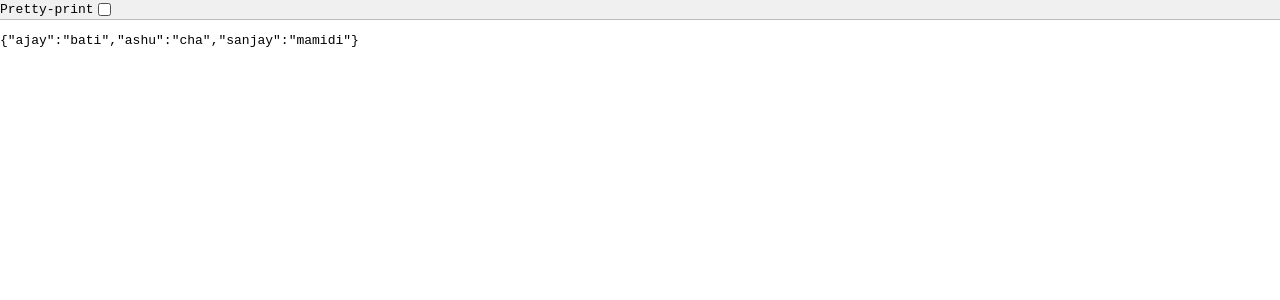
Repository: sanjayMamidipaka/hackgt9flask
Page: http://localhost/
The author's editor kept a copy of each file at every save. The page is drawn from the files as they stood at one save, then again after the next save.
The browser window is 1280 px wide. The pictures show the whole page.
The page is served by the project's application, run on Flask 3 (app.py).

Above is the page before, as saved 2022-10-21 23:10:55.

After the next save:
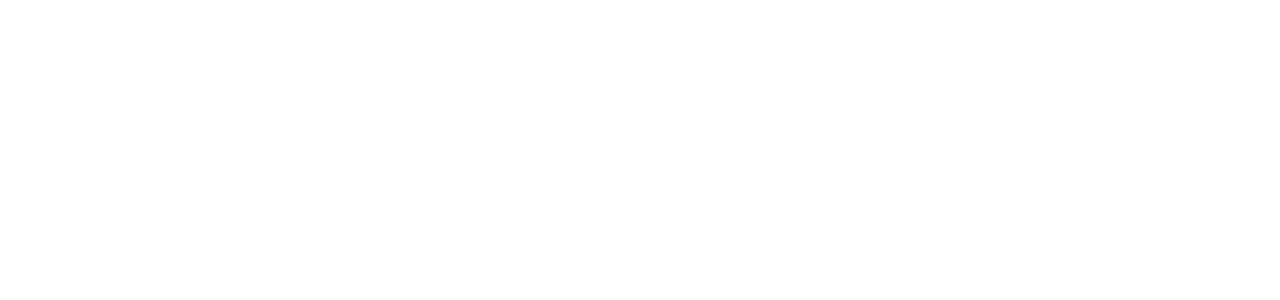
Saved 11 s later.
--- a/app.py
+++ b/app.py
@@ -6,7 +6,9 @@
 @app.route('/')
 def index():
     obj = {'ashu': 'cha', 'sanjay': 'mamidi', 'ajay':'bati'}
-    return obj
+    return make_response(
+
+    )
 
 
 if __name__ == '__main__':

After the 2 saves that followed:
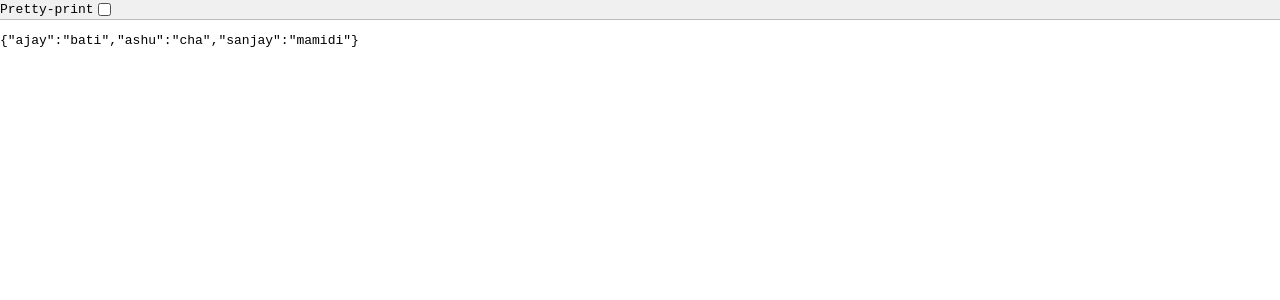
The 2 saves are shown as one change because they came seconds apart.
The last was saved 11 s later.
--- a/app.py
+++ b/app.py
@@ -7,6 +7,8 @@
 def index():
     obj = {'ashu': 'cha', 'sanjay': 'mamidi', 'ajay':'bati'}
     return make_response(
+        obj,
+        200,
 
     )
 
